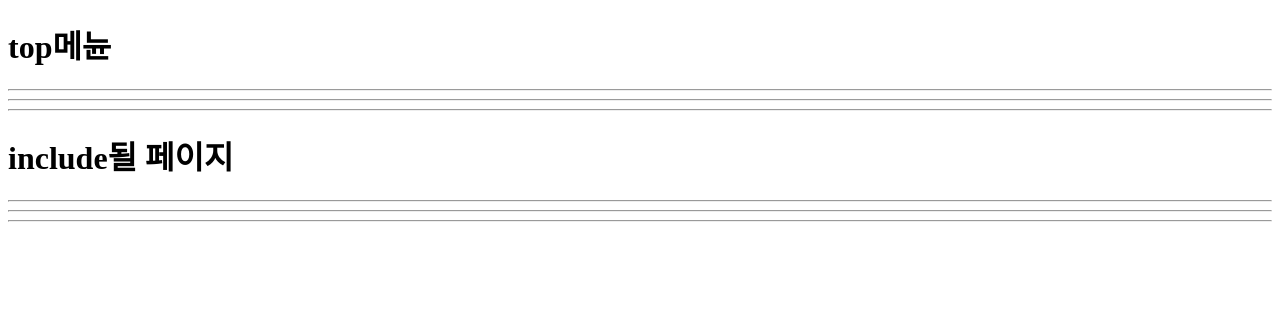
Repository: jaywagger/Spring2
Page: http://localhost/firstPro/jspTest/mainPage.jsp
These files come from the project's save history. The page is drawn as it stood at one moment and after the next save; the edit follows.
The browser window is 1280 px wide. The pictures show the whole page.
The page is served by Tomcat 9. Other server files are loaded and not shown.

Above is the page before, as saved 2020-01-29 06:31:26.

### firstPro/src/main/webapp/jspTest/mainPage.jsp
<%@ page language="java" contentType="text/html; charset=UTF-8"
    pageEncoding="UTF-8"%>
<!DOCTYPE html PUBLIC "-//W3C//DTD HTML 4.01 Transitional//EN" "http://www.w3.org/TR/html4/loose.dtd">
<html>
<head>
<meta http-equiv="Content-Type" content="text/html; charset=UTF-8">
<title>Insert title here</title>
</head>
<body>
	<h1>top메뉸</h1>
	<jsp:include page="subPage.jsp"></jsp:include>
</body>
</html>

### firstPro/src/main/webapp/jspTest/subPage.jsp
<%@ page language="java" contentType="text/html; charset=UTF-8"
    pageEncoding="UTF-8"%>
<!DOCTYPE>
<html>
<head>
<meta charset="UTF-8">
<title>Insert title here</title>
</head>
<body>
	<hr/><hr/><hr/>
	<h1>include될 페이지</h1>
	<hr/><hr/><hr/>

</body>
</html>

After the next save:
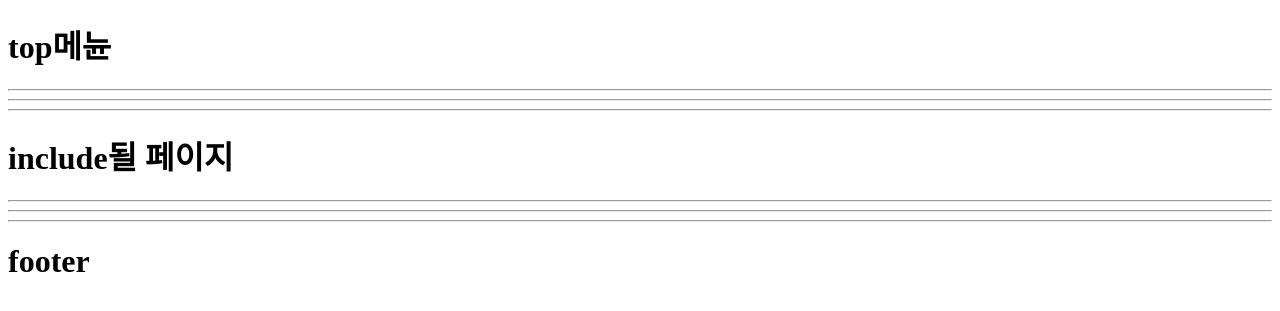
Saved 18 s later.
--- a/firstPro/src/main/webapp/jspTest/mainPage.jsp
+++ b/firstPro/src/main/webapp/jspTest/mainPage.jsp
@@ -9,5 +9,7 @@
 <body>
 	<h1>top메뉸</h1>
 	<jsp:include page="subPage.jsp"></jsp:include>
+
+	<h1>footer</h1>
 </body>
 </html>
